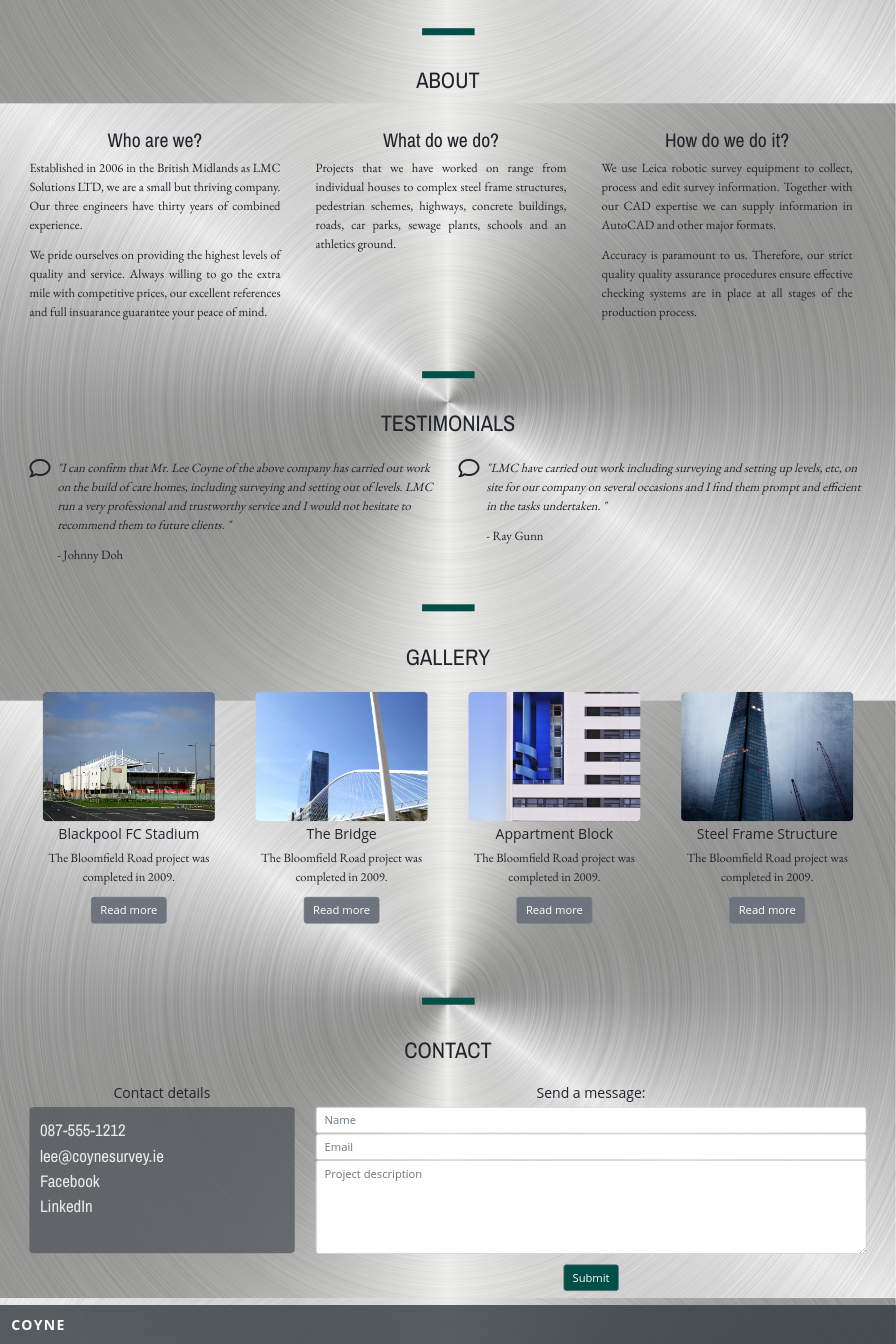
Repository: Leo-Cullen/first-milestone-project
Page: index.html
The author's editor kept a record of every edit. The page is drawn from the files as they stood at one moment, then again after the next edit.
The browser window is 1280 px wide. The pictures show the part of the page from y = 706 to 2626 px (the page is 2626 px tall), at 70% of full size.
Backgrounds fixed to the window are drawn as part of the page. Some web libraries are served in a nearby version.

Above is the page before.

### index.html
<!DOCTYPE html>
<html lang="en">

<head>
    <meta charset="UTF-8">
    <meta name="viewport" content="width=device-width, initial-scale=1.0">
    <meta http-equiv="X-UA-Compatible" content="ie=edge">
    <link rel="stylesheet" href="https://stackpath.bootstrapcdn.com/bootstrap/4.3.1/css/bootstrap.min.css" integrity="sha384-ggOyR0iXCbMQv3Xipma34MD+dH/1fQ784/j6cY/iJTQUOhcWr7x9JvoRxT2MZw1T" crossorigin="anonymous">
    <link href="https://fonts.googleapis.com/css?family=Archivo+Narrow|EB+Garamond&display=swap" rel="stylesheet">
    <link rel="stylesheet" href="assets/css/style.css" type="text/css" />
    <title>Coyne | Surveying and setting out services</title>
    <script src="https://kit.fontawesome.com/c525f812d6.js"></script>
</head>

<body>

    <nav class="navbar top-navbar navbar-expand-sm navbar-dark bg-dark fixed-top">
        <a class="navbar-brand" href="#"> COYNE </a>

        <button class="navbar-toggler" type="button" data-toggle="collapse" data-target="#navbarNav" aria-controls="navbarNav" aria-expanded="false" aria-label="Toggle navigation">
            <span class="navbar-toggler-icon"></span>
        </button>
        <div class="collapse navbar-collapse" id="navbarNav">
            <ul class="navbar-nav mr-auto">
                <li class="nav-item active">
                    <a class="active nav-link mr-2" href="#">Home <span class="sr-only">(current)</span></a>
                </li>
                <li class="nav-item mr-2">
                    <a class="nav-link" href="#about">About</a>
                </li>
                <li class="nav-item mr-2">
                    <a class="nav-link" href="#testimonials">Testimonials</a>
                </li>
                <li class="nav-item mr-2">
                    <a class="nav-link" href="#gallery-anchor">Gallery</a>
                </li>
                <li class="nav-item mr-2">
                    <a class="nav-link" href="#contact">Contact</a>
                </li>
            </ul>
            <div class="d-none d-md-block">
                <p class="navbar-text my-auto mr-2">087-555-1234</p>
                <a href="https://www.facebook.com" target="_blank">
                    <i class="fab fa-facebook-square icon"></i>
                </a>
                <a href="https://www.linkedin.com" target="_blank ">
                    <i class="fab fa-linkedin icon"></i>
                </a>
            </div>
        </div>
    </nav>

    <div class="container-fluid splash-container ">
        <div class="row ">
            <div class="col-12 ">
                <section class="splash jumbotron ">
                    <img src="assets/images/coyne-logo.png " width="100% " height="100% " style="margin-top:100px " />
                    <!--  -->
                </section>
            </div>
        </div>
    </div>

    <div class="container-fluid about-container content-container ">
        <!-- About section -->
        <hr id="about " />
        <section class="about-section ">
            <div class="row ">
                <div class="col-12 page-header ">
                    <h2 class="text-uppercase section-heading ">About</h2>
                </div>
            </div>
            <div class="row ">
                <div class="col-12 col-md-6 col-lg-4 ">
                    <div class="about-col ">
                        <h3 class="about-heading ">Who are we?</h3>
                        <p>Established in 2006 in the British Midlands as LMC Solutions LTD, we are a small but thriving company. Our three engineers have thirty years of combined experience.</p>
                        <p>We pride ourselves on providing the highest levels of quality and service. Always willing to go the extra mile with competitive prices, our excellent references and full insuarance guarantee your peace of mind.</p>
                    </div>
                </div>
                <div class="col-12 col-md-6 col-lg-4 ">
                    <div class="about-col ">
                        <h3 class="about-heading ">What do we do?</h3>
                        <p>Projects that we have worked on range from individual houses to complex steel frame structures, pedestrian schemes, highways, concrete buildings, roads, car parks, sewage plants, schools and an athletics ground.</p>
                    </div>
                </div>
                <div class="col-12 col-md-6 col-lg-4 ">
                    <div class="about-col ">
                        <h3 class="about-heading ">How do we do it?</h3>
                        <p>We use Leica robotic survey equipment to collect, process and edit survey information. Together with our CAD expertise we can supply information in AutoCAD and other major formats.</p>
                        <p>Accuracy is paramount to us. Therefore, our strict quality quality assurance procedures ensure effective checking systems are in place at all stages of the production process.</p>
                    </div>
                </div>
            </div>
        </section>
        <!-- / About section -->
    </div>
    <!-- / About container -->

    <div class="container-fluid testimonials-container content-container ">
        <!-- Testimonials section -->
        <hr id="testimonials " />
        <section class="testimonials ">
            <div class="row ">
                <div class="col-12 page-header ">
                    <h2 class="text-uppercase section-heading ">Testimonials</h2>
                </div>
            </div>
            <div class="row ">
                <div class="col-12 col-md-6 ">
                    <div class="media ">
                        <i class="far fa-comment " class="mr-3 "></i>
                        <blockquote class="blockquote ">
                            <p class="quote ">"I can confirm that Mr. Lee Coyne of the above company has carried out work on the build of care homes, including surveying and setting out of levels. LMC run a very professional and trustworthy service and I would not hesitate
                                to recommend them to future clients. "</p>
                            <p>- Johnny Doh</p>
                        </blockquote>
                    </div>
                </div>
                <div class="col-12 col-md-6 ">
                    <div class="media ">
                        <i class="far fa-comment " class="mr-3 "></i>
                        <blockquote class="blockquote ">
                            <p class="quote ">"LMC have carried out work including surveying and setting up levels, etc, on site for our company on several occasions and I find them prompt and efficient in the tasks undertaken. "</p>
                            <p>- Ray Gunn</p>
                        </blockquote>
                    </div>
                </div>
            </div>
        </section>
        <!-- / Testimonials section -->
    </div>
    <!-- / Testimonials container -->

    <!-- Gallery container -->
    <div class="container-fluid gallery-container content-container ">
        <hr id="gallery-anchor " />
        <section class="gallery ">
            <div class="row ">
                <div class="col-12 page-header ">
                    <h2 class="text-uppercase section-heading ">Gallery</h2>
                </div>
            </div>
            <div class="row ">
                <div class="col-md-6 col-xl-3 ">
                    <img class="img-responsive " src="assets/images/blackpool-fc.jpg " />
                    <h5>Blackpool FC Stadium</h5>
                    <p>The Bloomfield Road project was completed in 2009.</p>
                    <button class="btn btn-secondary" type="button" data-toggle="collapse" data-target="#gallery-card-01" aria-expanded="false" aria-controls="collapseExample">
                        Read more
                    </button>
                    <div class="collapse" id="gallery-card-01">
                        <div class="card card-body">
                            <p>Bloomfield Road is a football stadium in Blackpool, Lancashire, England, which has been the home of Blackpool F.C. since 1901. The record attendance at Bloomfield Road is 38,098, when Blackpool played Wolverhampton Wanderers
                                on 17 September 1955. The stadium hosted three matches of the 2005 UEFA Women's Championship. It has also been the venue for the final of the Northern Rail Cup, a rugby league tournament, since 2005.</p>
                        </div>
                    </div>
                </div>
                <div class="col-md-6 col-xl-3 ">
                    <img class="img-responsive " src="assets/images/bridge-640x480.jpg " />
                    <h5>The Bridge</h5>
                    <p>The Bloomfield Road project was completed in 2009.</p>
                    <button class="btn btn-secondary" type="button" data-toggle="collapse" data-target="#gallery-card-02" aria-expanded="false" aria-controls="collapseExample">
                        Read more
                    </button>
                    <div class="collapse" id="gallery-card-02">
                        <div class="card card-body">
                            <p>Bloomfield Road is a football stadium in Blackpool, Lancashire, England, which has been the home of Blackpool F.C. since 1901. The record attendance at Bloomfield Road is 38,098, when Blackpool played Wolverhampton Wanderers
                                on 17 September 1955. The stadium hosted three matches of the 2005 UEFA Women's Championship. It has also been the venue for the final of the Northern Rail Cup, a rugby league tournament, since 2005.</p>
                        </div>
                    </div>
                </div>
                <div class="col-md-6 col-xl-3 ">
                    <img class="img-responsive " src="assets/images/appartments-640x480.jpg " />
                    <h5>Appartment Block</h5>
                    <p>The Bloomfield Road project was completed in 2009.</p>
                    <button class="btn btn-secondary" type="button" data-toggle="collapse" data-target="#gallery-card-03" aria-expanded="false" aria-controls="collapseExample">
                        Read more
                    </button>
                    <div class="collapse" id="gallery-card-03">
                        <div class="card card-body">
                            <p>Bloomfield Road is a football stadium in Blackpool, Lancashire, England, which has been the home of Blackpool F.C. since 1901. The record attendance at Bloomfield Road is 38,098, when Blackpool played Wolverhampton Wanderers
                                on 17 September 1955. The stadium hosted three matches of the 2005 UEFA Women's Championship. It has also been the venue for the final of the Northern Rail Cup, a rugby league tournament, since 2005.</p>
                        </div>
                    </div>
                </div>

                <div class="col-md-6 col-xl-3 ">
                    <img class="img-responsive " src="assets/images/skyscraper-640x480.jpg " />
                    <h5>Steel Frame Structure</h5>
                    <p>The Bloomfield Road project was completed in 2009.</p>
                    <button class="btn btn-secondary" type="button" data-toggle="collapse" data-target="#gallery-card-04" aria-expanded="false" aria-controls="collapseExample">
                        Read more
                    </button>
                    <div class="collapse" id="gallery-card-04">
                        <div class="card card-body">
                            <p>Bloomfield Road is a football stadium in Blackpool, Lancashire, England, which has been the home of Blackpool F.C. since 1901. The record attendance at Bloomfield Road is 38,098, when Blackpool played Wolverhampton Wanderers
                                on 17 September 1955. The stadium hosted three matches of the 2005 UEFA Women's Championship. It has also been the venue for the final of the Northern Rail Cup, a rugby league tournament, since 2005.</p>
                        </div>
                    </div>
                </div>
        </section>
        </div>
        <!-- / Gallery container -->

        <!-- Contact container -->
        <div class="container-fluid contact-container content-container ">
            <hr id="contact " />
            <section class="contact-section ">
                <div class="row ">
                    <div class="col-12 page-header ">
                        <h2 class="text-uppercase section-heading ">CONTACT</h2>
                    </div>
                </div>
                <div class="row bg-color-contact ">

                    <div class="col-md-4 ">
                        <h5 class="uppercase text-center ">Contact details</h5>
                        <div class="contact-details ">
                            <span>087-555-1212</span>
                            <span>lee@coynesurvey.ie</span>
                            <span><a class="contact-link " href="https://www.facebook.com " target="_blank ">Facebook</a></span>
                            <span><a class="contact-link " href="https://www.linkedin.com " target="_blank ">LinkedIn</a></span>
                        </div>

                    </div>
                    <div class="col-md-8 center-form ">
                        <h5 class="uppercase text-center ">Send a message:</h5>
                        <form>
                            <input type="text " name="name " id="fullname " class="form-control " placeholder="Name " required />
                            <input type="email " name="email " id="emailaddress " class="form-control " placeholder="Email " required />
                            <textarea rows="5 " name="projectsummary " id="projectsummary " class="form-control " placeholder="Project description " required></textarea>
                            <div class="form-row text-center ">
                                <div class="col ">
                                    <button type="submit" class="btn btn-secondary ">Submit</button>
                                </div>
                            </div>
                        </form>
                    </div>
                </div>

            </section>
        </div>
        <!-- / Contact container -->

        <!-- Footer -->
        <nav class="navbar bottom-navbar navbar-expand-sm navbar-dark bg-dark ">
            <a class="navbar-brand " href="# ">COYNE</a>
            <!-- / Footer -->
        </nav>
        <script src="https://code.jquery.com/jquery-3.3.1.slim.min.js " integrity="sha384-q8i/X+965DzO0rT7abK41JStQIAqVgRVzpbzo5smXKp4YfRvH+8abtTE1Pi6jizo " crossorigin="anonymous "></script>
        <script src="https://cdnjs.cloudflare.com/ajax/libs/popper.js/1.14.7/umd/popper.min.js " integrity="sha384-UO2eT0CpHqdSJQ6hJty5KVphtPhzWj9WO1clHTMGa3JDZwrnQq4sF86dIHNDz0W1 " crossorigin="anonymous "></script>
        <script src="https://stackpath.bootstrapcdn.com/bootstrap/4.3.1/js/bootstrap.min.js " integrity="sha384-JjSmVgyd0p3pXB1rRibZUAYoIIy6OrQ6VrjIEaFf/nJGzIxFDsf4x0xIM+B07jRM " crossorigin="anonymous "></script>

</body>

</html>

### assets/css/style.css
/*body,html {
    height: 100%;
    width:100%;
    margin: 0px;
}
*/
body {
    font-family: "Open Sans", sans-serif;
    background: url(../images/circular-metal-960x720.jpg) no-repeat center center fixed;
    -webkit-background-size: cover;
    -moz-background-size: cover;
    -o-background-size: cover;
    background-size: cover;


    overflow-x: hidden; /* remove horizontal scrollbar */
}

h1,h2,h3 {
    font-family: 'Archivo Narrow', sans-serif;
}

p {
    font-family: 'EB Garamond', serif;
    font-size: large;
}

/*------------------------------------------------------------------- navbar */

.navbar {
    opacity: 0.8;
}

.navbar-brand {
    font-weight: bold;
}

.top-navbar i {
    font-size: large;
    color: #f8f8f8;
}

.top-navbar i:hover {
    font-weight: bold;
    color: #999c9d !important;
}

.navbar-toggler {
    background-color: #005048;
}


/*-------------------------------------------------------------------general styles */

.page-header {
    margin-top: 0;
    margin-bottom: 0;
    text-align: center;
}

.page-header h2 {
    margin-top: 30px;
    margin-bottom: 30px;
}

hr {
    width: 75px;
    height: 10px;
    border: 0;
    background-color: #005048; /* dark green */
}

.section-heading {
    text-align: center;
}

.content-container {
    margin-bottom: 20px;
    margin: 0 auto;
    max-width: 95%; /* keep all content within screen  */
}

/*------------------------------------------------------------------- splash */

.splash-container {
     height: 100vh;
    display: flex;
    align-items: center;
    justify-content: center;
    position: relative;
}


.jumbotron {
   background-color: transparent;
   margin: 0;
}

/*------------------------------------------------------------------- about */

.about-container {
    margin-top: 00px;
    padding: 10px;
}

.about-col {
    padding-top: 20px;
    padding-right: 20px;
}

.about-heading {
    text-align: center;
}

.about-col p {
    text-align: justify;
}

/*-------------------------------------------------------------------testimonials */

.testimonials-container {
    margin-top: 20px;
    padding: 10px;
}

.quote {
    font-style: italic;
}

.testimonials i {
    font-size: 30px;
    margin-right: 10px;
}

/*-------------------------------------------------------------------gallery */

.gallery-container {
    text-align: center;
    padding-bottom: 50px;
}

.gallery-container img {
    border-radius: 3%;
    /* border: solid 3px #525252; */
}

.gallery-container h5 {
    padding-top: 6px;
}

.gallery-container {
    margin-bottom: 30px;

}

.card-body {
    text-align: justify;
}

/*-------------------------------------------------------------------contact */

.contact-container {
    padding: 10px;
    text-align: center;
    padding-bottom: 0;
}

.img-responsive {
    max-width: 90%;
}

.contact-container i {
    font-size: 20px;
}

.contact-container p {
    font-size: 24px;
    letter-spacing: 2px;
}

.contact-details {
    background-color: #555a5f;
    opacity: 0.8;
}

.center-form .contact-details {
    padding-top: 10px;
    margin: 0 auto;
    max-width: 65%;
}

.contact-details {
    border-radius: 2%;
    text-align: left;
    padding-left: 15px;
    padding-top: 15px;
    padding-bottom: 50px;
    color: #fff;

}

.contact-details span {
    display: block;
    padding: 0;
    font-family: 'Archivo Narrow', sans-serif;
    font-size: x-large;
}


.contact-details a {
    color: #fff;
}

.contact-details a:hover {
    color: #999c9d;
    text-decoration: none;
}

button[type="submit"] {
    margin-top: 15px;
    margin-bottom: 20px;
    background-color: #005048;
}

.bottom-navbar {
    margin: 0;
    letter-spacing: 2px;
    opacity: 0.8;
}

After the next edit:
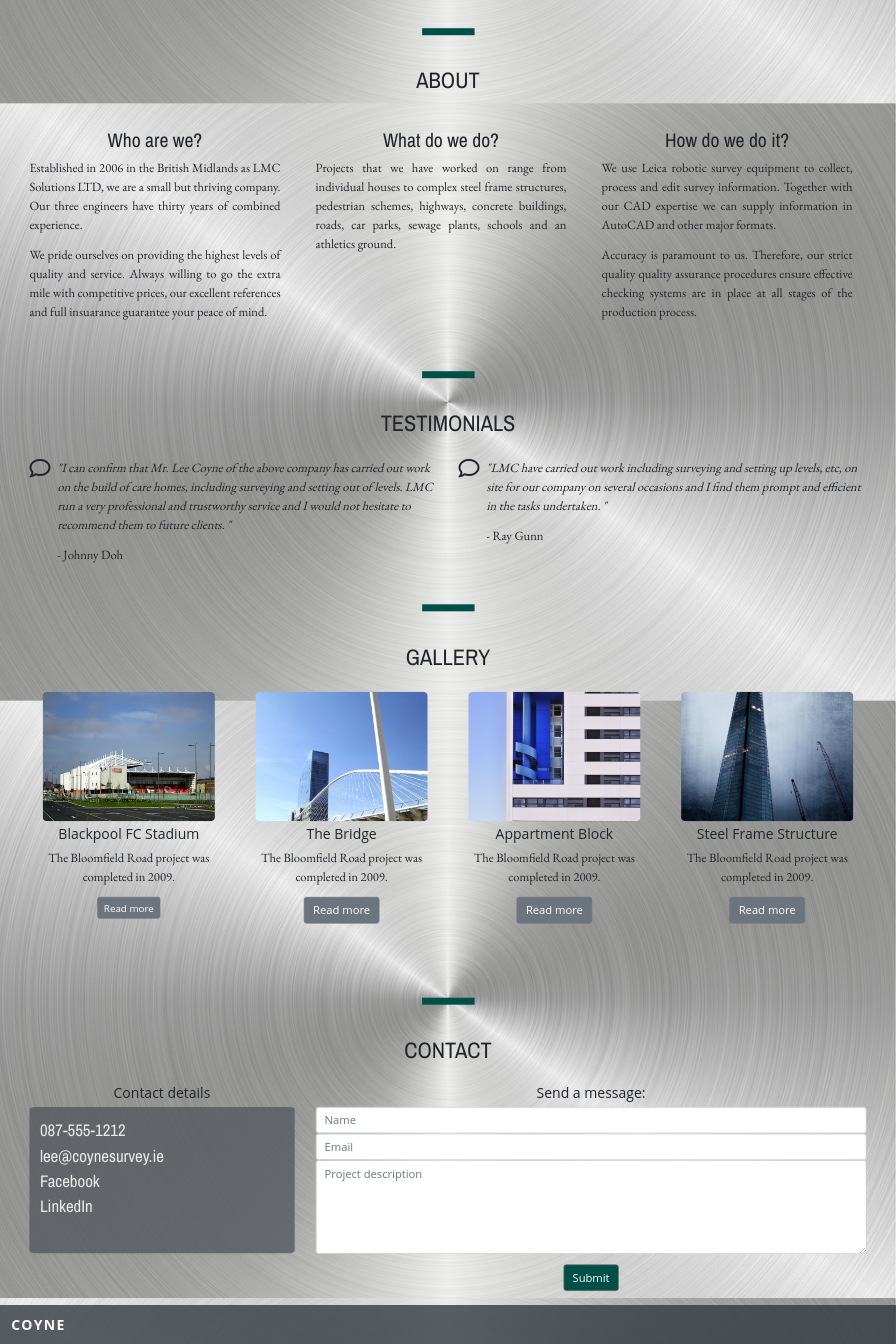
The edit:
--- a/index.html
+++ b/index.html
@@ -146,7 +146,7 @@
                     <img class="img-responsive " src="assets/images/blackpool-fc.jpg " />
                     <h5>Blackpool FC Stadium</h5>
                     <p>The Bloomfield Road project was completed in 2009.</p>
-                    <button class="btn btn-secondary" type="button" data-toggle="collapse" data-target="#gallery-card-01" aria-expanded="false" aria-controls="collapseExample">
+                    <button class="btn btn-secondary btn-sm" type="button" data-toggle="collapse" data-target="#gallery-card-01" aria-expanded="false" aria-controls="collapseExample">
                         Read more
                     </button>
                     <div class="collapse" id="gallery-card-01">
